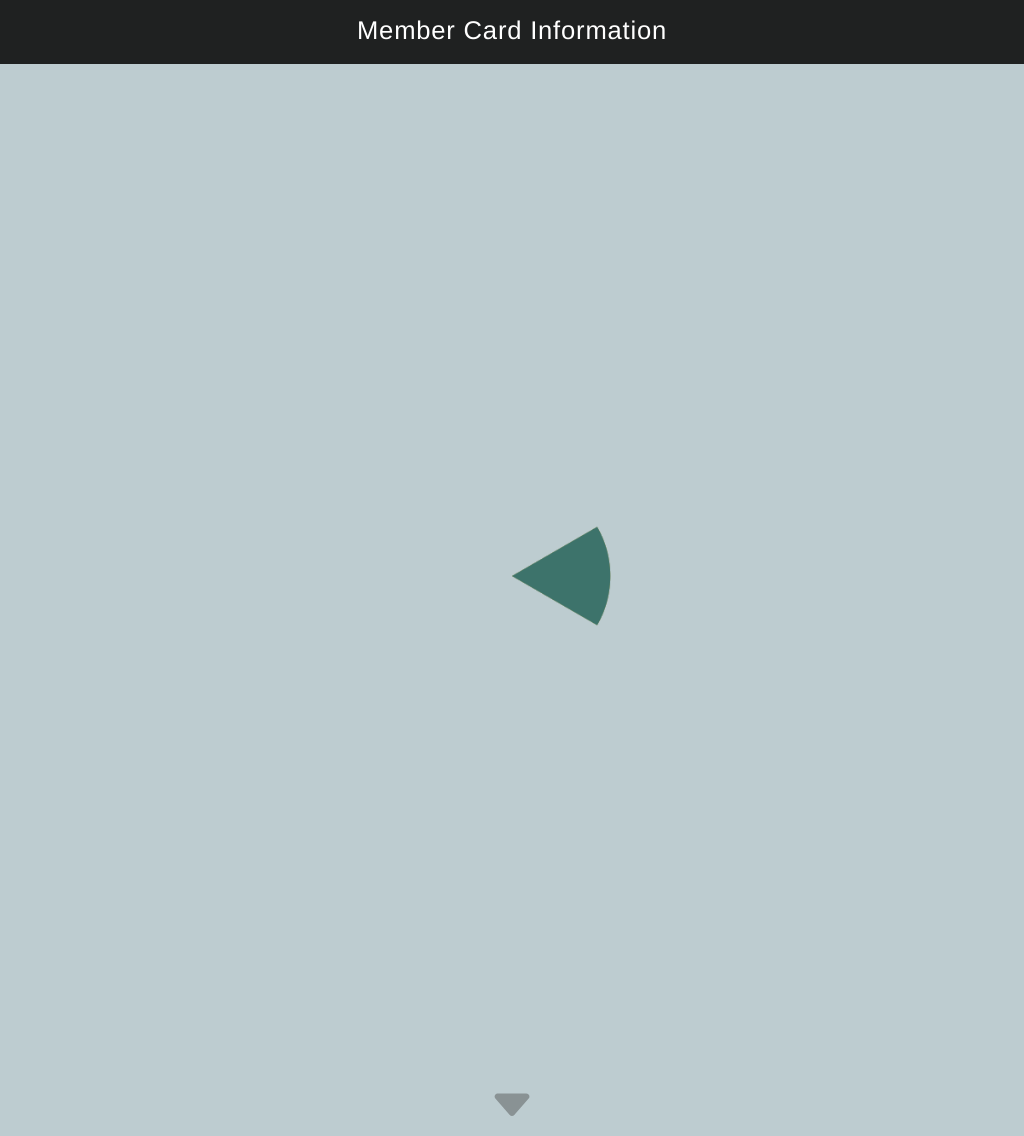
Repository: Leooook/lzhao-fed-test
Page: /
The author's editor kept a copy of each file at every save. The page is drawn from the files as they stood at one save, then again after the next save.
The browser window is 1280 px wide. The pictures show the whole page, at 80% of full size.
The page's requests for data from a server got no answer. The project was rebuilt for these pictures with package versions that can differ from the ones it lists, and the page was loaded fresh each time. No one was signed in, and anything a server would have sent is missing. Also part of the build but not shown: src/components/detail.jsx.

Above is the page before, as saved 2021-03-15 21:52:44.

After the next save:
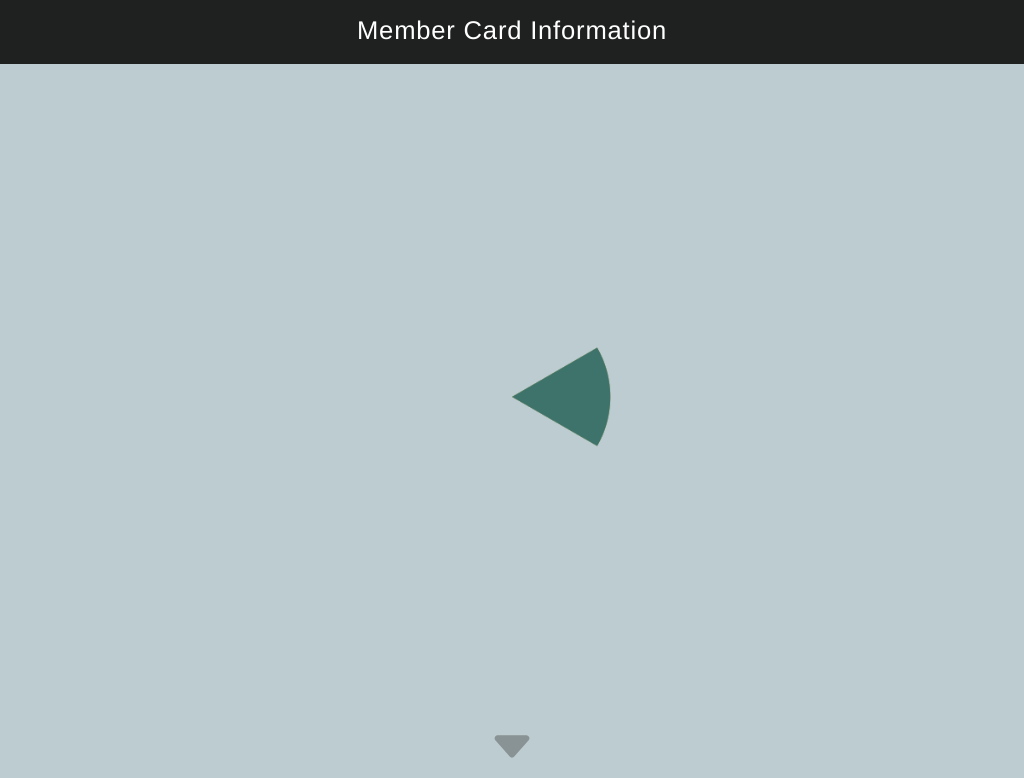
Saved 15 s later.
--- a/src/App.css
+++ b/src/App.css
@@ -70,7 +70,7 @@
 	height: 20%;
 	width: 20%;
 	display: block;
-	margin: 40% auto;
+	margin: 40vh auto;
 }
 /* end of loader */
 /* feature */
